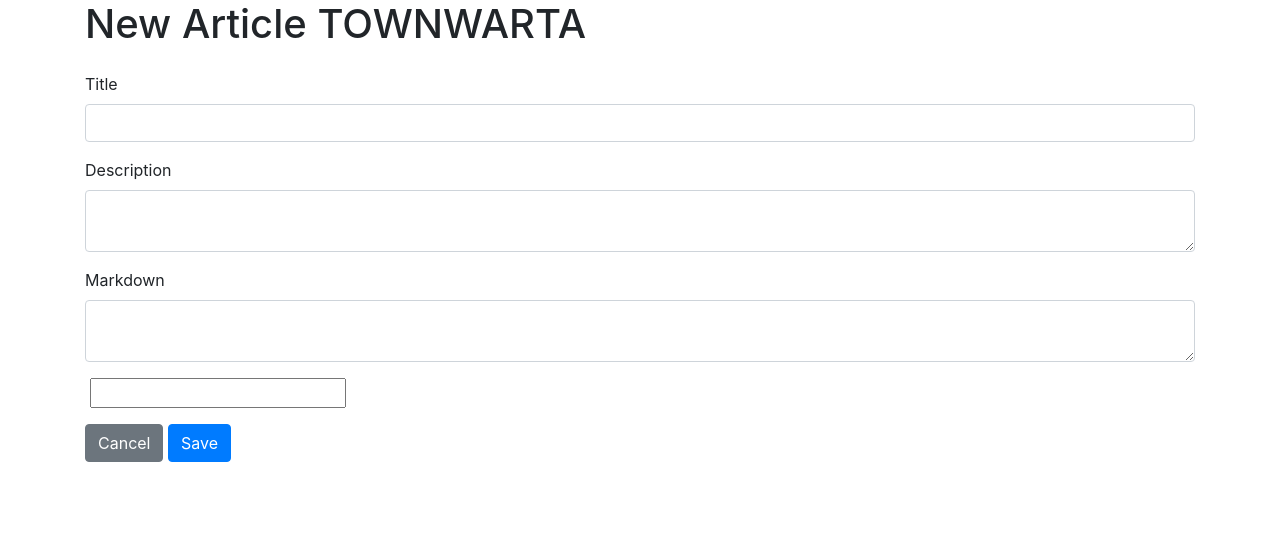
Repository: shivanand1988-28-06/townwarta
Page: http://localhost/articles/new
An editor plug-in stored every save of this project. The page is shown before and after the next save, followed by the edit.
The browser window is 1280 px wide. The pictures show the whole page.
The page is served by the project's Node server (Townwarta.js). Other server files are loaded and not shown.

Above is the page before, as saved 2022-08-29 14:09:23.

### views/articles/new.ejs
<!DOCTYPE html>
<html lang="en">
<head>
  <meta charset="UTF-8">
  <meta name="viewport" content="width=device-width, initial-scale=1.0">
  <link rel="stylesheet" href="https://maxcdn.bootstrapcdn.com/bootstrap/4.0.0/css/bootstrap.min.css" integrity="sha384-Gn5384xqQ1aoWXA+058RXPxPg6fy4IWvTNh0E263XmFcJlSAwiGgFAW/dAiS6JXm" crossorigin="anonymous">
  <meta http-equiv="X-UA-Compatible" content="ie=edge">
  <title>TOWNWARTA</title>
</head>
<body>
  <div class="container">
    <h1 class="mb-4">New Article TOWNWARTA</h1>

    <form action="/articles" method="POST">
      <%- include('_form_fields') %>
    </form>
  </div>
</body>
</html>

### views/articles/_form_fields.ejs
<div class="form-group">
  <label for="title">Title</label>
  <input required value="<%= article.title %>" type="text" name="title" id="title" class="form-control">
</div>
<div class="form-group">
  <label for="description">Description</label>
  <textarea name="description" id="description" class="form-control"><%= article.description %></textarea>
</div>
<div class="form-group">
  <label for="markdown">Markdown</label>
  <textarea required name="markdown" id="markdown" class="form-control"><%= article.markdown %></textarea>
</div>
<div class="form-group">
  <label for="likes"></label>
 <input type = "number" name = "likes" id = "title">
</div>

<a href="/" class="btn btn-secondary">Cancel</a>
<button type="submit" class="btn btn-primary">Save</button>

### Townwarta.js

require("dotenv").config();
const express = require("express");
const mongoose = require("mongoose");
const articleRouter = require("./routes/articles");
const userRouter = require("./routes/user");
const connectDB = require("./db/connect");
const app = express();
const Article= require("./models/article");
const methodOverride = require("method-override")
const port = process.env.PORT || 3000


app.set("view engine", "ejs");
// app.use(express.json());
 app.use(express.urlencoded({extended:false}));

app.use(methodOverride("_method"));

  app.get("/", async (req,res)=>{
    const articles = await Article.find();
    res.render("articles/index" , {articles:articles});
  });

  app.use("/" , userRouter);

app.use("/articles" , articleRouter );

console.log(Article)


const start = async () =>{

try{

    await connectDB( process.env.MONGO_URI );
    app.listen(port,()=>{ console.log(`app is running over port ${port}`)});

}catch(error) {

    console.log(error);

}

}

start();

### routes/articles.js
const express = require('express')
const Article = require('./../models/article')
const router = express.Router();


router.get('/new', (req, res) => {
  res.render('articles/new', { article: new Article() })
})
router.get("/status" , (req,res)=>{
  const stat = "ok"
  res.render("articles/status" , {stat:stat});
  console.log(req.body);
})
router.get('/edit/:id', async (req, res) => {
  const article = await Article.findById(req.params.id)
  res.render('articles/edit', { article: article })
})

router.get('/:slug', async (req, res) => {
  const article = await Article.findOne({ slug: req.params.slug })
  if (article == null) res.redirect('/')
  res.render('articles/show', { article: article })
})

router.post('/', async (req, res, next) => {
  req.article = new Article()
  next()
}, saveArticleAndRedirect('new'))

router.put('/:id', async (req, res, next) => {
  req.article = await Article.findById(req.params.id)
  next()
}, saveArticleAndRedirect('edit'))

router.delete('/:id', async (req, res) => {
  await Article.findByIdAndDelete(req.params.id)
  res.redirect('/')
})



function saveArticleAndRedirect(path) {

  return async (req, res) => {
    console.log(req.body.title,req.article);
    let article = req.body
    article.title = req.body.title
    article.description = req.body.description
    article.markdown = req.body.markdown
    console.log(article)
    const {  title , description , markdown} = req.article
    const newarticle = Article.create({  title , description , markdown });
    try {

      article = await article.save();

      res.redirect(`/articles/${article.slug}`)
    } catch (e) {
      res.render(`articles/${path}`, { article: article })
    }
  }
}

module.exports = router
// const { getUsers,createUser,getAllNews,createNews,updateSingleNews,deleteSingleNews,getSingleNews } = require("../mainroutesfunctions/main");

// router.route("/news").get(getAllNews).post(createNews);
// router.route("/news/:id").get(getSingleNews).patch(updateSingleNews).delete(deleteSingleNews);
// router.route("/users").get(getUsers).post(createUser);

After the next save:
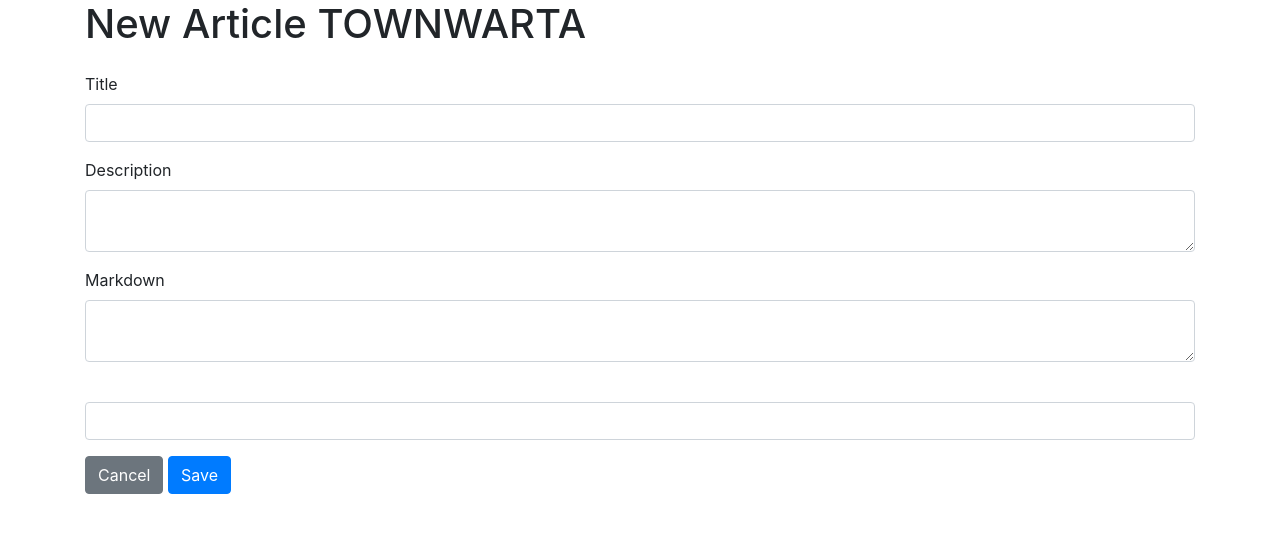
Saved 41 s later.
--- a/views/articles/_form_fields.ejs
+++ b/views/articles/_form_fields.ejs
@@ -12,7 +12,7 @@
 </div>
 <div class="form-group">
   <label for="likes"></label>
- <input type = "number" name = "likes" id = "title">
+ <input type = "number" name = "likes" id = "title" class = "form-control" >
 </div>
 
 <a href="/" class="btn btn-secondary">Cancel</a>
